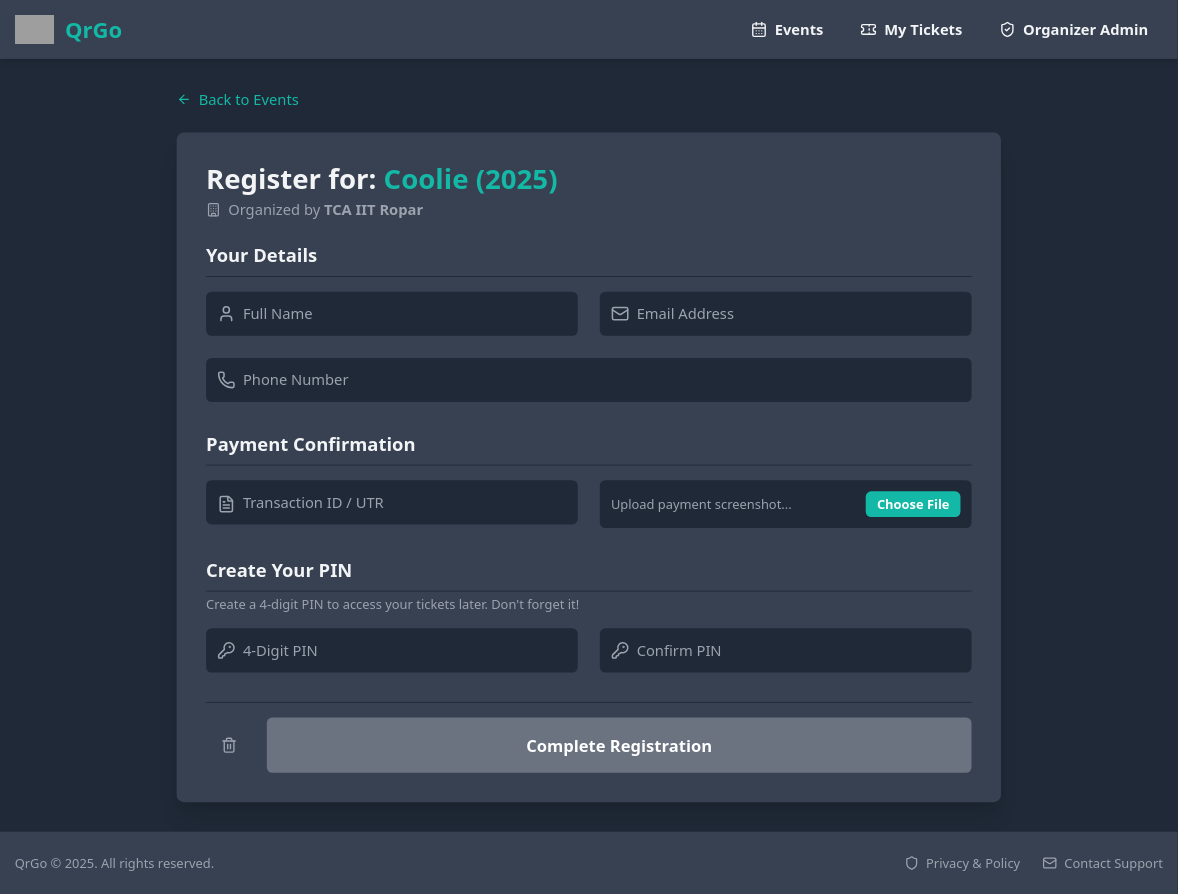
Repository: Dhakshin2007/QrGo
Page: /#/book/Coolie-2025
An editor plug-in stored every save of this project. The page is shown before and after the next save, followed by the edit.
The browser window is 1280 px wide. The pictures show the whole page, at 92% of full size.
Pictures or frames that could not be fetched are drawn as grey boxes. Some web libraries are served in a nearby version. The project was rebuilt for these pictures with package versions that can differ from the ones it lists, and the page was loaded fresh each time. Also part of the build but not shown: vite.config.ts, components/EventCard.tsx, pages/HomePage.tsx, components/TicketCard.tsx, pages/MyTicketsPage.tsx, services/aiService.ts, pages/AdminPage.tsx, pages/PrivacyPolicyPage.tsx.

Above is the page before, as saved 2025-08-13 22:46:49.

After the next save:
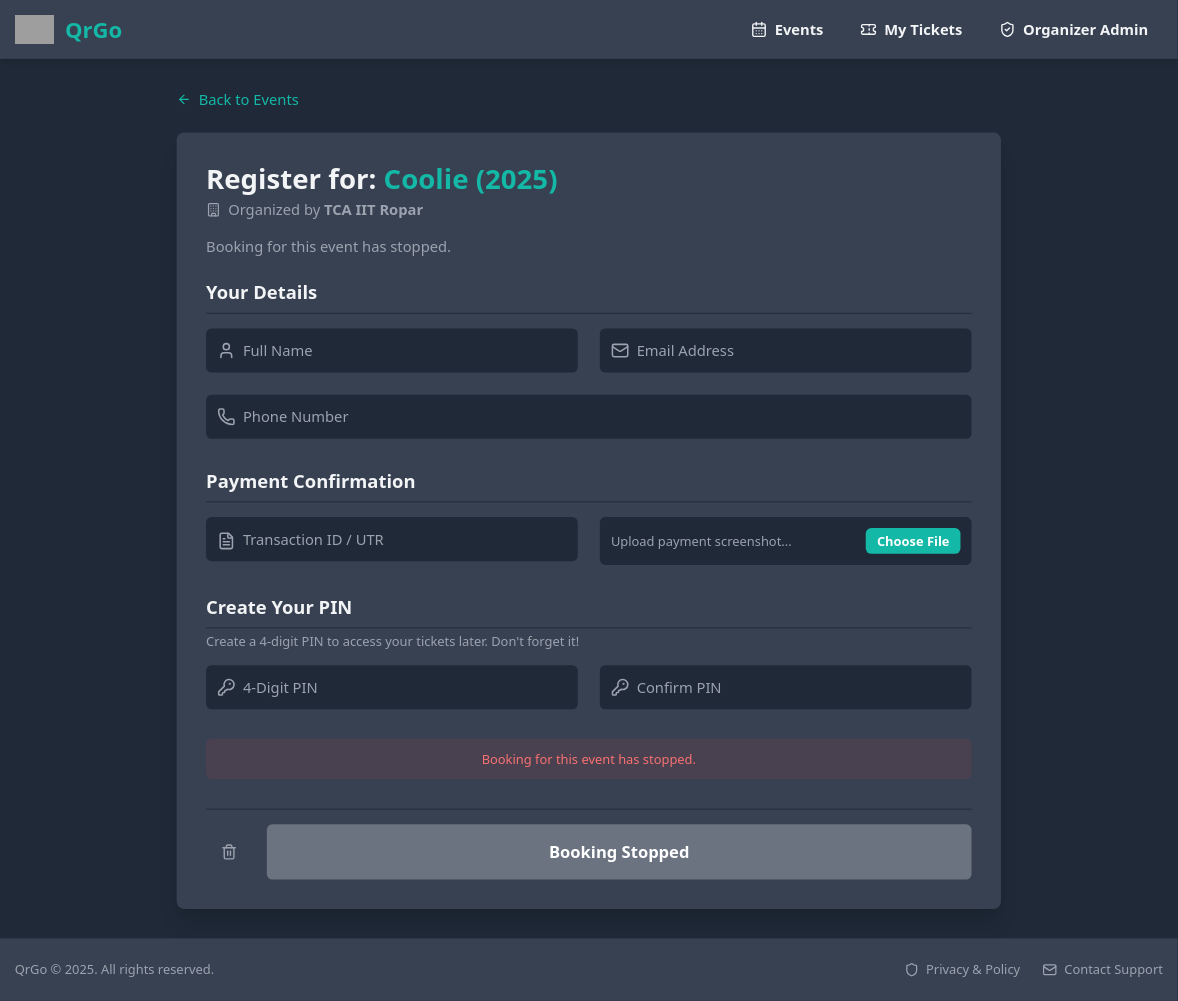
Saved 24 s later.
--- a/constants.ts
+++ b/constants.ts
@@ -21,7 +21,7 @@
     venueMapLink: 'https://maps.app.goo.gl/X12Dntqj1eRzVzra7',
     description: 'Delves into a mans relentless quest for vengeance since youth, driven by righting past wrongs, shaping his very existence. Viewers experience the complexities of his tumultuous vendetta journey.',
     image: 'https://i.postimg.cc/htdst9V0/coolie.jpg',
-    status: EventStatus.Booking,
+    status: EventStatus.BookingStopped,
     price: 180,
     remarks: 'Screen Number: 2 , Please be before 20min of Show Time ! 💓',
     upiId: 'No Bookings Are Accepted',
